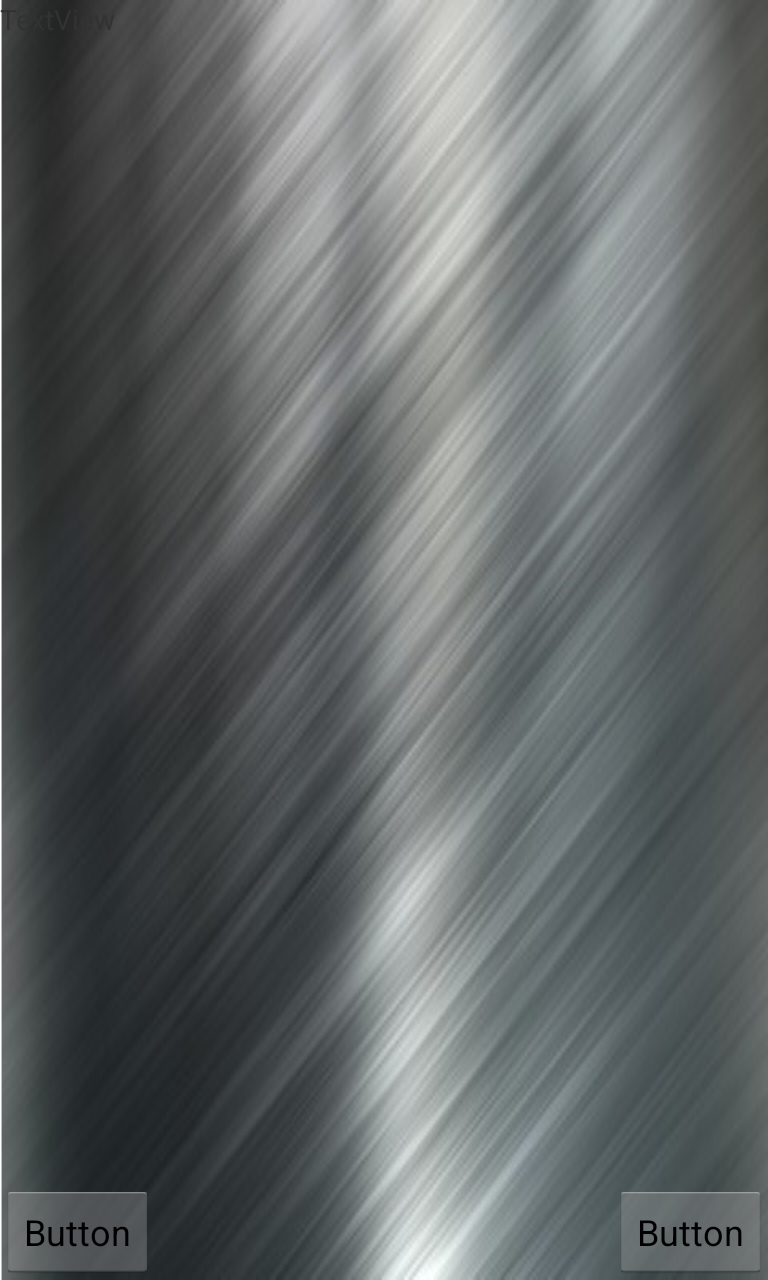
Repository: KrzysztofWolinski/WiesFight_Project
Layout: WiesFight/res/layout/dialog_exit.xml
The author's editor kept a copy of each file at every save. The layout is drawn from the files as they stood at one save, then again after the next save.
It is drawn on a 768 x 1280 px phone screen (xhdpi) without system bars, with theme AppTheme; the app's code is not run.

Above is the layout before, as saved 2014-11-09 21:02:56.

### WiesFight/res/layout/dialog_exit.xml
<?xml version="1.0" encoding="utf-8"?>
<RelativeLayout xmlns:android="http://schemas.android.com/apk/res/android"
    android:layout_width="wrap_content"
    android:layout_height="wrap_content"
    android:orientation="vertical"
    android:background="@drawable/bg" >

    <TextView
        android:id="@+id/textView1"
        android:layout_width="wrap_content"
        android:layout_height="wrap_content"
        android:text="TextView" />

        <Button
            android:id="@+id/button2"
            android:layout_width="wrap_content"
            android:layout_height="wrap_content"
            android:layout_alignParentBottom="true"
            android:layout_alignParentLeft="true"
            android:text="Button" />

        <Button
            android:id="@+id/button1"
            android:layout_width="wrap_content"
            android:layout_height="wrap_content"
            android:layout_alignParentBottom="true"
            android:layout_alignParentRight="true"
            android:text="Button" />

</RelativeLayout>

Loaded but not shown: WiesFight/res/values/styles.xml (common file); WiesFight/res/values-v11/styles.xml (common file); WiesFight/res/values-v14/styles.xml (common file)

After the next save:
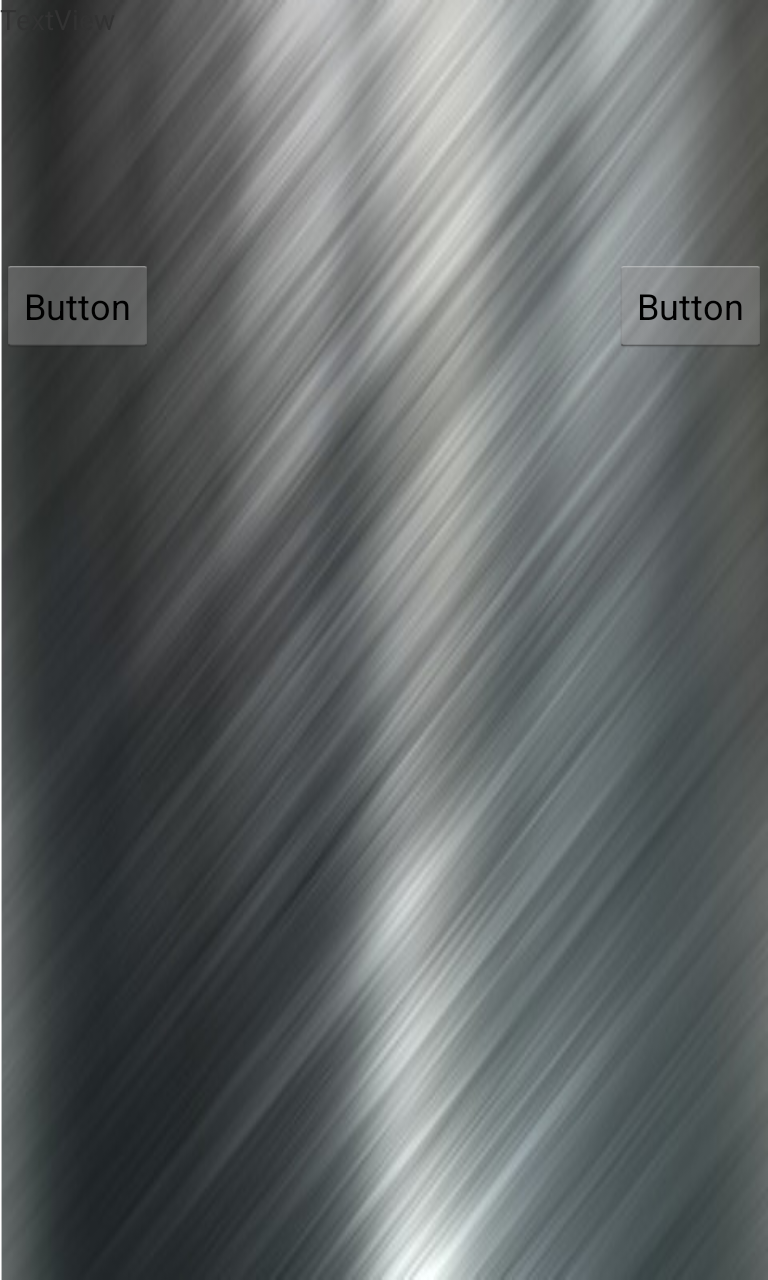
Saved 70 s later.
--- a/WiesFight/res/layout/dialog_exit.xml
+++ b/WiesFight/res/layout/dialog_exit.xml
@@ -15,15 +15,17 @@
             android:id="@+id/button2"
             android:layout_width="wrap_content"
             android:layout_height="wrap_content"
-            android:layout_alignParentBottom="true"
             android:layout_alignParentLeft="true"
+            android:layout_below="@+id/textView1"
+            android:layout_marginTop="110dp"
             android:text="Button" />
 
         <Button
             android:id="@+id/button1"
             android:layout_width="wrap_content"
             android:layout_height="wrap_content"
-            android:layout_alignParentBottom="true"
+            android:layout_alignBaseline="@+id/button2"
+            android:layout_alignBottom="@+id/button2"
             android:layout_alignParentRight="true"
             android:text="Button" />
 
